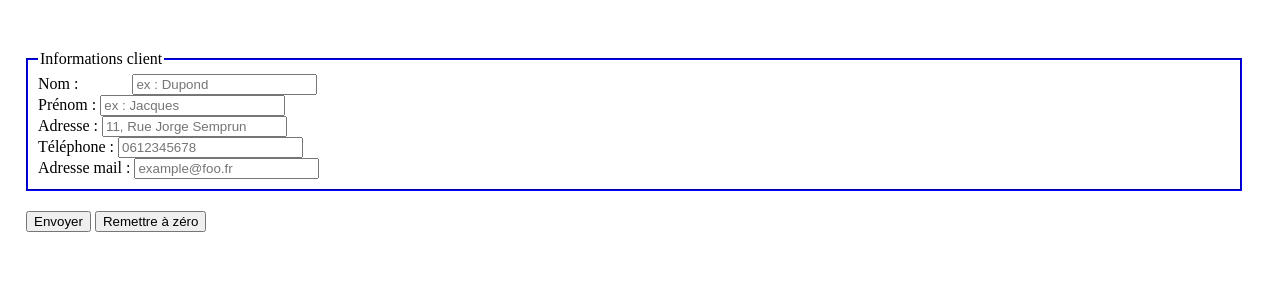
Repository: big73/NFE114
Page: http://localhost/Seance4-step1/formClient.jsp
These files come from the project's save history. The page is drawn as it stood at one moment and after the next save; the edit follows.
The browser window is 1280 px wide. The pictures show the whole page.
The page is served by Tomcat 9. Other server files are loaded and not shown.

Above is the page before, as saved 2015-12-30 14:18:41.

### Seance4-step1/WebContent/formClient.jsp
<%@ page language="java" contentType="text/html; charset=UTF-8"
    pageEncoding="UTF-8"%>
<!DOCTYPE html PUBLIC "-//W3C//DTD HTML 4.01 Transitional//EN" "http://www.w3.org/TR/html4/loose.dtd">
<html>
<head>
<meta http-equiv="Content-Type" content="text/html; charset=UTF-8">
<title>Insert title here</title>
<link rel="stylesheet" href="css/style.css">
</head>
<body>

	<form>
		<fieldset>
		<legend>Informations client</legend>

			<label>Nom : </label>
			<input class="saisie" type="text" placeholder="ex : Dupond" name="nom"><br>

			<label>Prénom : </label>
			<input type="text" placeholder="ex : Jacques" name="prenom"><br>

			<label>Adresse : </label>
			<input type="text" placeholder="11, Rue Jorge Semprun" name="adresse"><br>

			<label>Téléphone : </label>
			<input type="text" placeholder="0612345678" name="phone"><br>

			<label>Adresse mail : </label>
			<input type="text" placeholder="example@foo.fr" name="mail"><br>
		</fieldset>

		<div class="actionneur">
			<input type="submit" value="Envoyer">
			<input type="reset" value="Remettre à zéro">
		</div>
	</form>

</body>
</html>

### Seance4-step1/WebContent/WEB-INF/taglibs.jsp
<%@ page language="java" contentType="text/html; charset=UTF-8" pageEncoding="UTF-8"%>
<%@ taglib uri="http://java.sun.com/jsp/jstl/core" prefix="c" %>
<%@ taglib uri="http://java.sun.com/jsp/jstl/functions" prefix="fn" %>
<!DOCTYPE html PUBLIC "-//W3C//DTD HTML 4.01 Transitional//EN" "http://www.w3.org/TR/html4/loose.dtd">
<html>
<head>
<meta http-equiv="Content-Type" content="text/html; charset=UTF-8">
<title>Taglibs Repo</title>
</head>
<body>

</body>
</html>

### Seance4-step1/WebContent/css/style.css
.actionneur
{
	margin-left : 18px;
}

fieldset {
    border-color: blue;
    margin-top : 50px;
    margin-left : 18px;
    margin-right : 30px;
    margin-bottom : 20px;

    padding-left : 10px;
}

.saisie
{
	margin-left : 50px;;
}

After the next save:
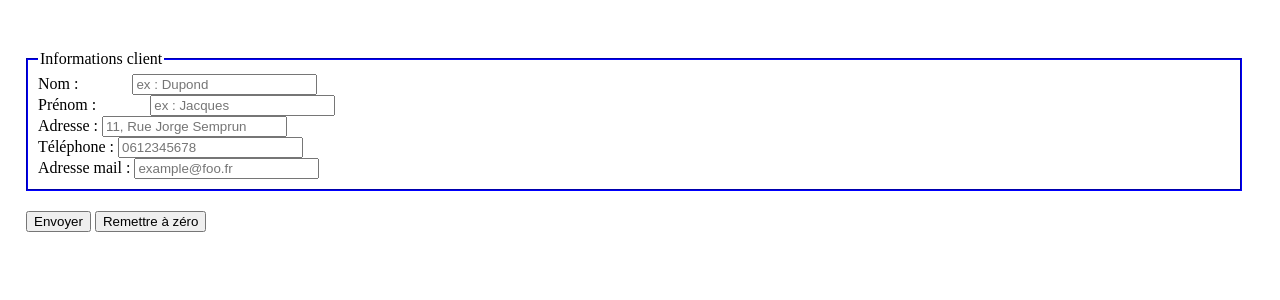
Saved 19 s later.
--- a/Seance4-step1/WebContent/formClient.jsp
+++ b/Seance4-step1/WebContent/formClient.jsp
@@ -17,7 +17,7 @@
 			<input class="saisie" type="text" placeholder="ex : Dupond" name="nom"><br>
 
 			<label>Prénom : </label>
-			<input type="text" placeholder="ex : Jacques" name="prenom"><br>
+			<input class="saisie" type="text" placeholder="ex : Jacques" name="prenom"><br>
 
 			<label>Adresse : </label>
 			<input type="text" placeholder="11, Rue Jorge Semprun" name="adresse"><br>
